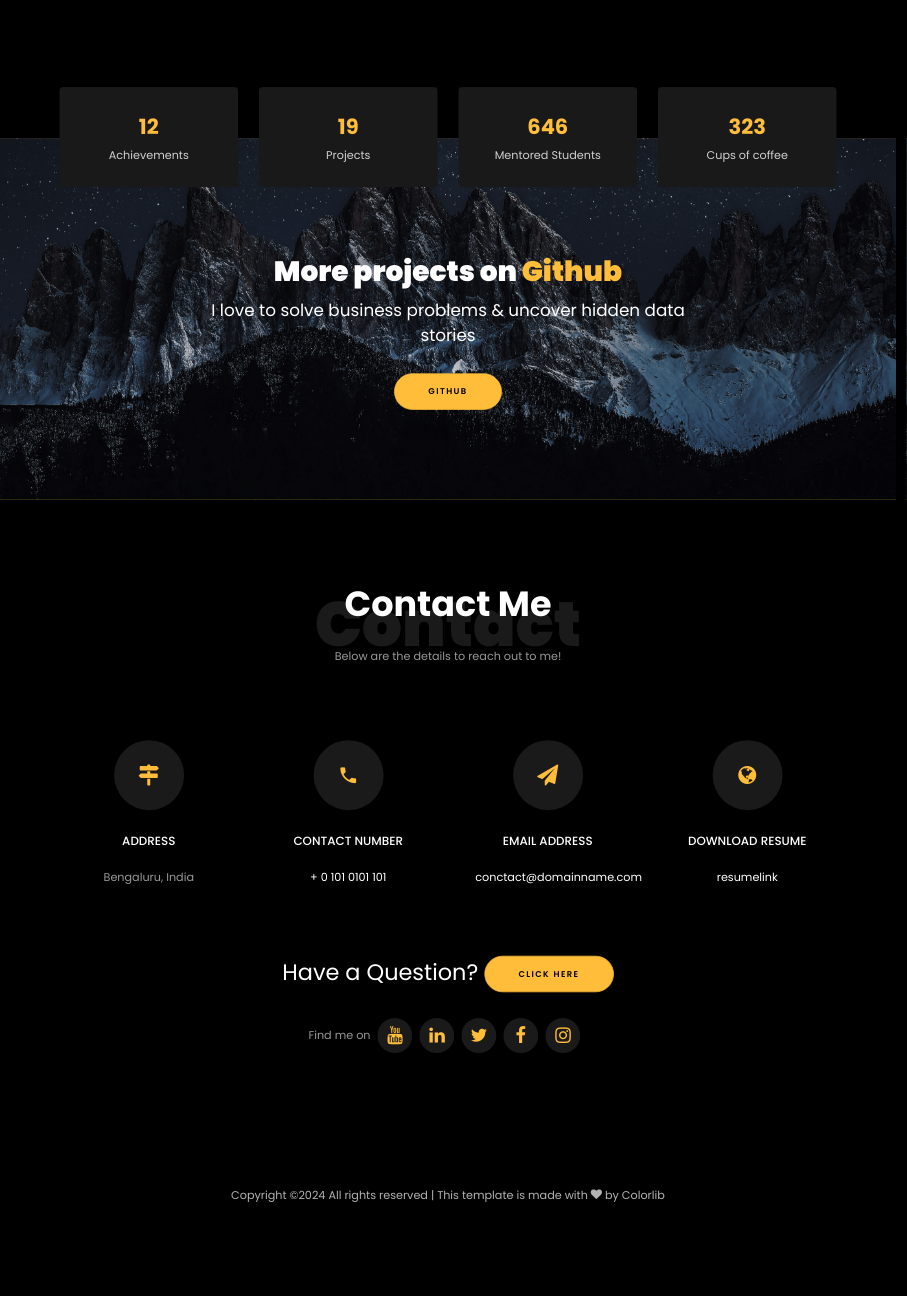
Repository: abp197/portfolio-website
Page: index.html
The author's editor kept a copy of each file at every save. The page is drawn from the files as they stood at one save, then again after a run of saves.
The browser window is 1280 px wide. The page is 1295 px wide, so the pictures cover 1295 px, including what lies to the right of the window. The pictures show the part of the page from y = 4478 to 6358 px (the page is 6329 px tall before and 6358 px after), at 70% of full size.

Above is the page before, as saved 2024-10-15 00:32:17.
Console error (its wording comes from the project's code and is left out).

After the next 2 saves:
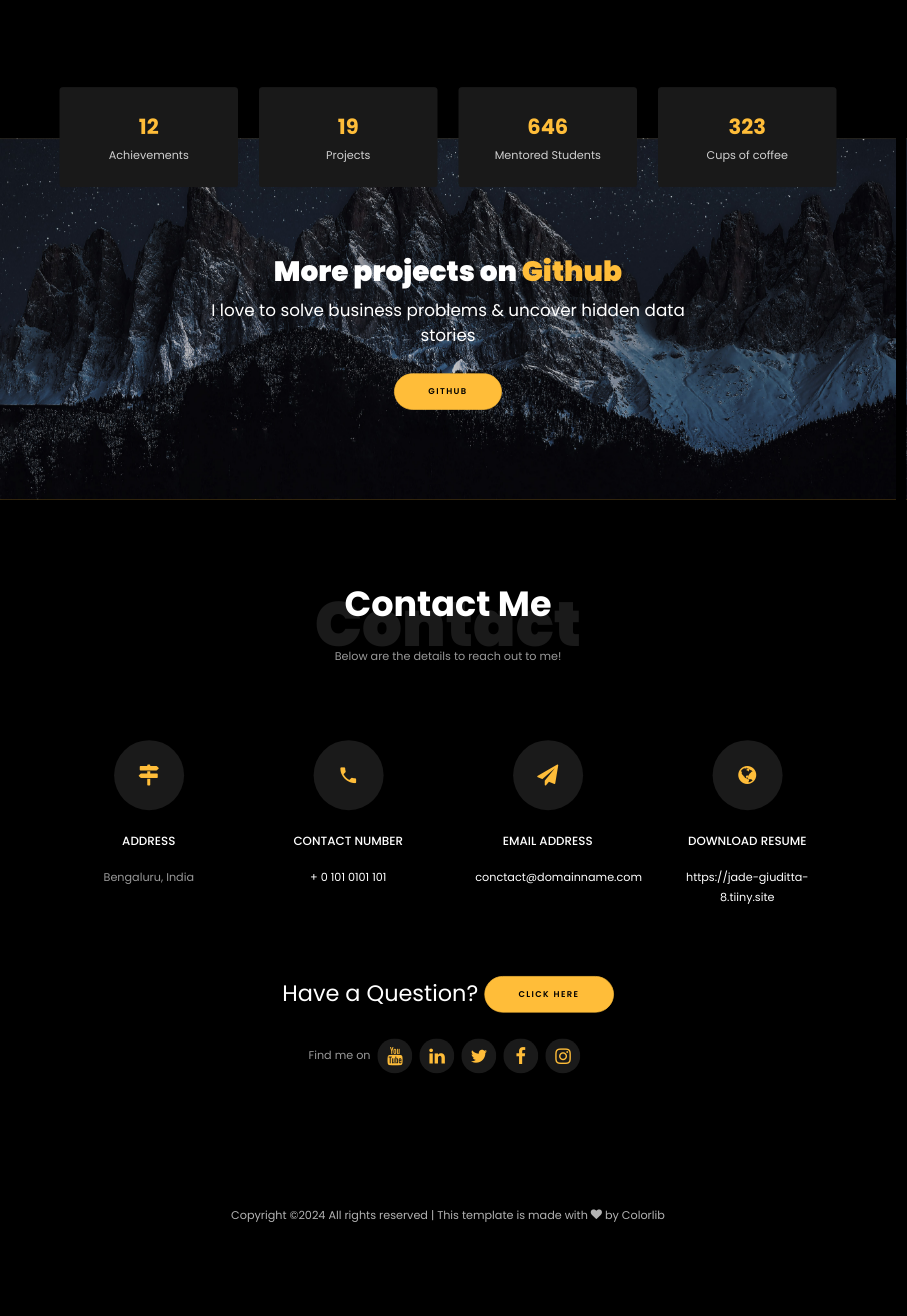
The 2 saves are shown as one change because they came seconds apart.
The last was saved 5 min 36 s later.
--- a/index.html
+++ b/index.html
@@ -573,7 +573,7 @@
           			<span class="icon-globe"></span>
           		</div>
           		<h3 class="mb-4">Download Resume</h3>
-	            <p><a href="#">resumelink</a></p>
+	            <p><a href="#">https://jade-giuditta-8.tiiny.site</a></p>
 	          </div>
           </div>
 
